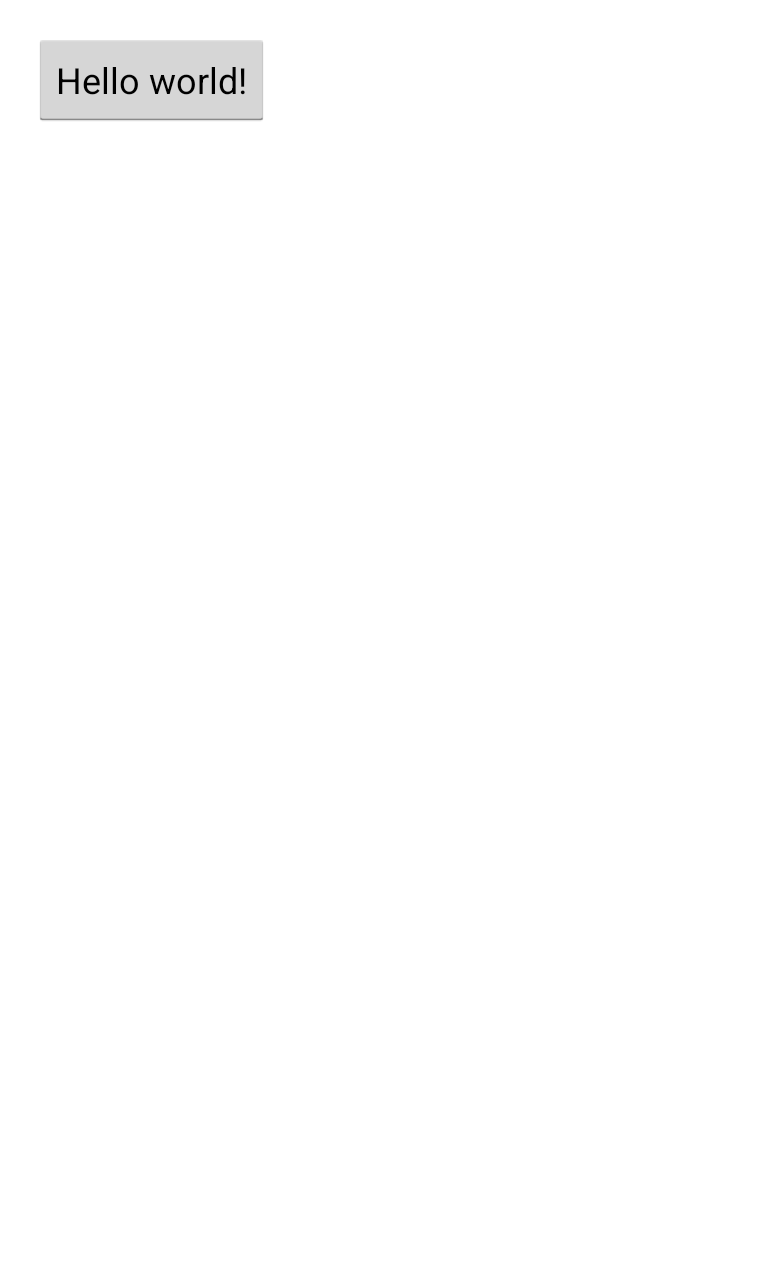
Repository: nickof/study
Layout: Android/itheima/day12服务/代码/Day12_05_音乐播放器框架/res/layout/activity_main.xml
These files come from the project's save history. The layout is drawn as it stood at one moment and after the next save; the edit follows.
It is drawn on a 768 x 1280 px phone screen (xhdpi) without system bars, with theme AppTheme; the app's code is not run.

Above is the layout before, as saved 2016-09-20 07:07:15.

After the next save:
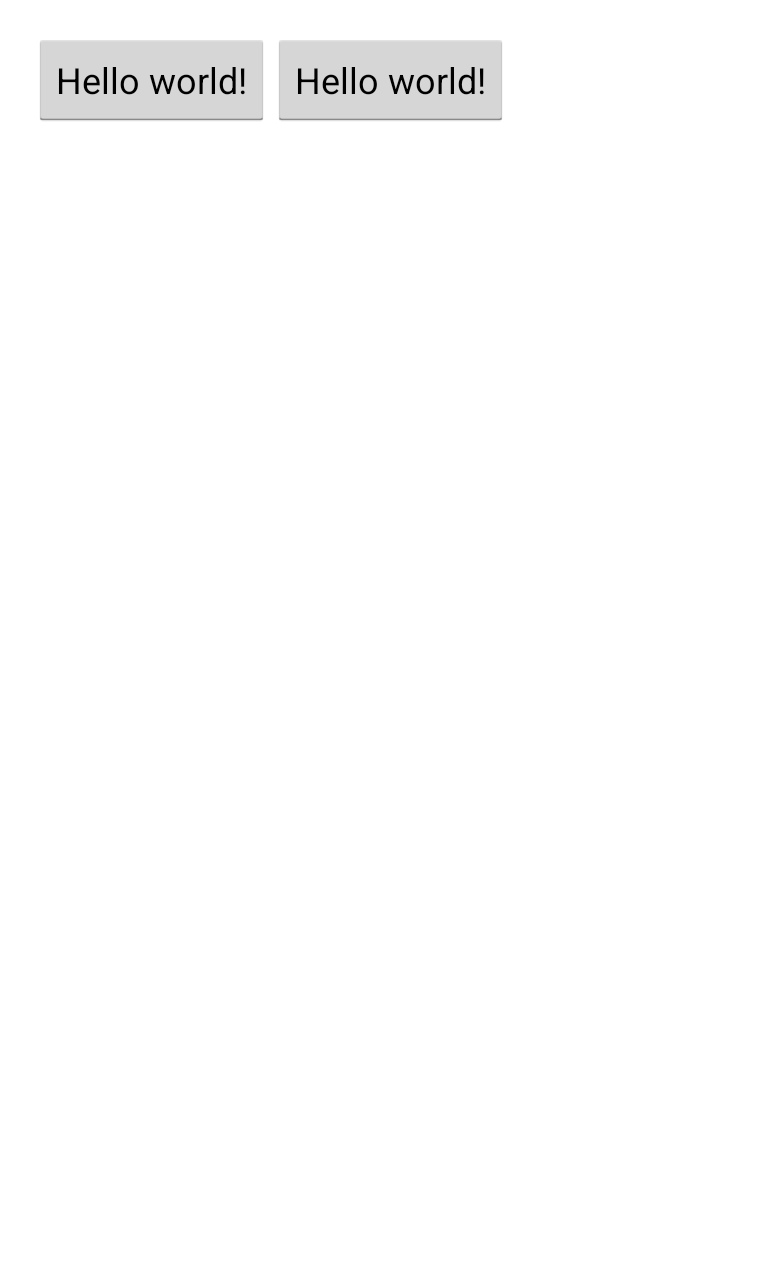
Saved 9 s later.
--- a/Android/itheima/day12服务/代码/Day12_05_音乐播放器框架/res/layout/activity_main.xml
+++ b/Android/itheima/day12服务/代码/Day12_05_音乐播放器框架/res/layout/activity_main.xml
@@ -13,5 +13,10 @@
         android:layout_height="wrap_content"
         android:onClick="上一首"
         android:text="@string/hello_world" />
+     <Button
+        android:layout_width="wrap_content"
+        android:layout_height="wrap_content"
+        android:onClick="播放"
+        android:text="@string/hello_world" />
 
 </LinearLayout>
